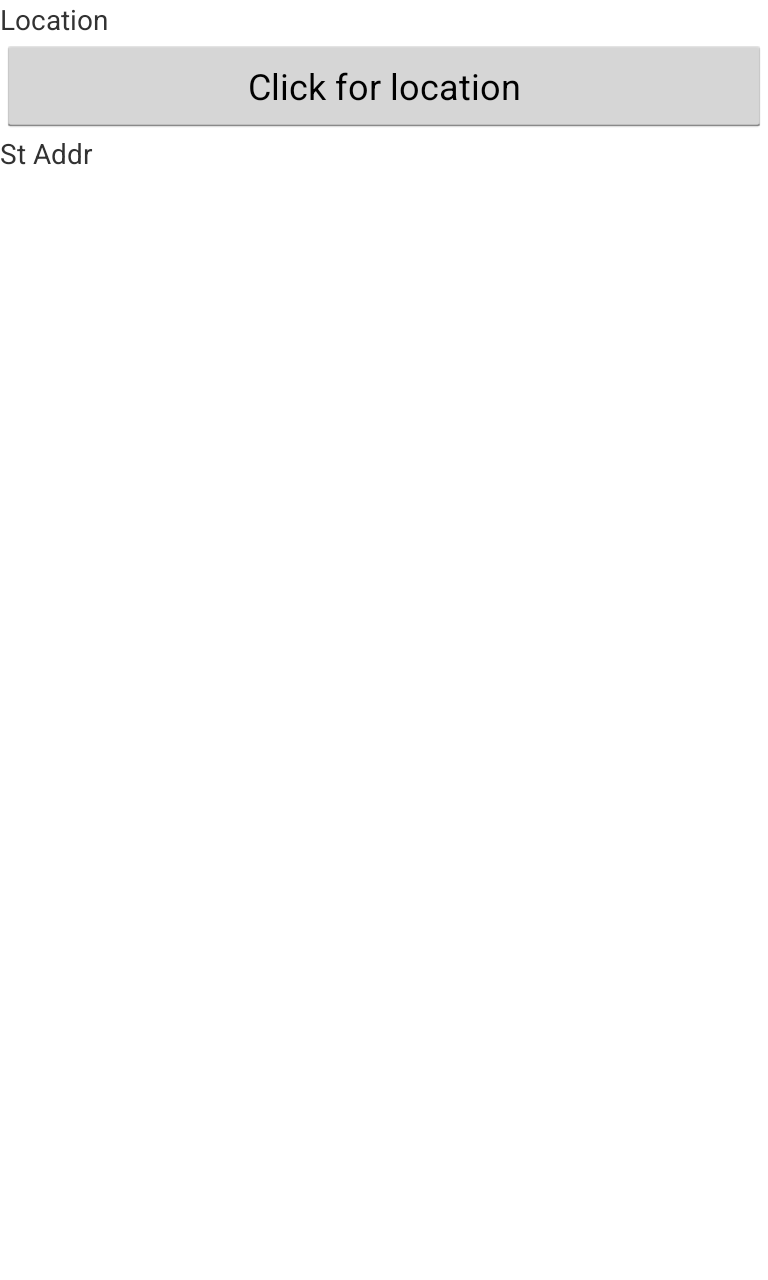
Repository: mohitmalkani/workspace
Layout: UserLocation/res/layout/activity_main.xml
The author's editor kept a copy of each file at every save. The layout is drawn from the files as they stood at one save, then again after the next save.
It is drawn on a 768 x 1280 px phone screen (xhdpi) without system bars, with theme AppTheme; the app's code is not run.

Above is the layout before, as saved 2013-03-08 19:16:48.

### UserLocation/res/layout/activity_main.xml
<?xml version="1.0" encoding="utf-8"?>
<LinearLayout xmlns:android="http://schemas.android.com/apk/res/android"
    android:orientation="vertical"
    android:layout_width="fill_parent"
    android:layout_height="fill_parent"
    >
  <TextView
      android:layout_width="fill_parent"
      android:layout_height="wrap_content"
      android:text="@string/location"
      android:id="@+id/location_text"
    />
  <Button
    android:layout_width="fill_parent"
    android:layout_height="wrap_content"
    android:id="@+id/get_address_button"
    android:text="@string/locBtn"
    />
  <TextView
      android:layout_width="fill_parent"
      android:layout_height="wrap_content"
      android:text="@string/address"
      android:id="@+id/address_text" />


</LinearLayout>

### UserLocation/res/values/strings.xml
<resources>

    <string name="app_name">User Location</string>
    <string name="hello_world">Hello world!</string>
    <string name="menu_settings">Settings</string>
    <string name="title_activity_main">MainActivity</string>
    <string name="locBtn">Click for location</string>
    <string name="location">Location</string>
    <string name="address">St Addr</string>

</resources>

Loaded but not shown: UserLocation/res/values-v11/styles.xml (common file); UserLocation/res/values-v14/styles.xml (common file); UserLocation/res/values/styles.xml (common file)

After the next save:
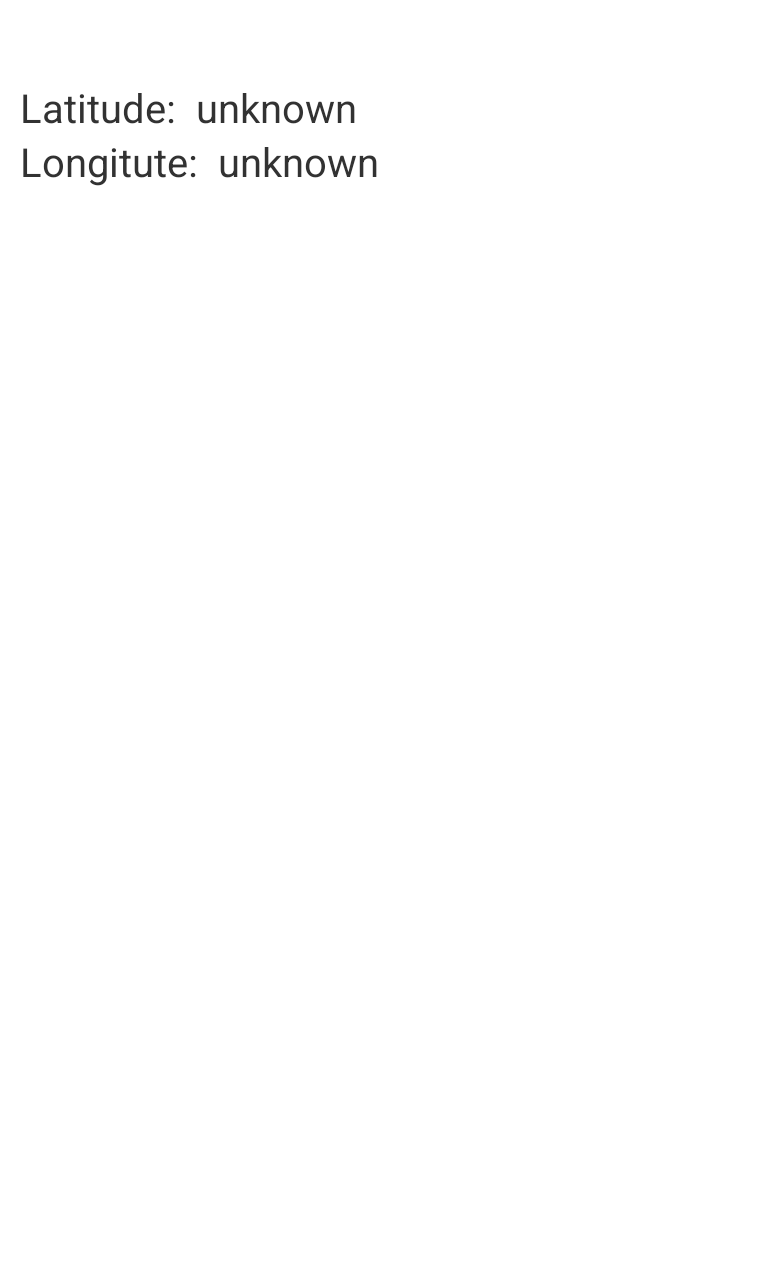
Saved 74 s later.
--- a/UserLocation/res/layout/activity_main.xml
+++ b/UserLocation/res/layout/activity_main.xml
@@ -1,26 +1,57 @@
 <?xml version="1.0" encoding="utf-8"?>
 <LinearLayout xmlns:android="http://schemas.android.com/apk/res/android"
-    android:orientation="vertical"
-    android:layout_width="fill_parent"
-    android:layout_height="fill_parent"
-    >
-  <TextView
-      android:layout_width="fill_parent"
-      android:layout_height="wrap_content"
-      android:text="@string/location"
-      android:id="@+id/location_text"
-    />
-  <Button
-    android:layout_width="fill_parent"
-    android:layout_height="wrap_content"
-    android:id="@+id/get_address_button"
-    android:text="@string/locBtn"
-    />
-  <TextView
-      android:layout_width="fill_parent"
-      android:layout_height="wrap_content"
-      android:text="@string/address"
-      android:id="@+id/address_text" />
+    android:layout_width="match_parent"
+    android:layout_height="match_parent"
+    android:orientation="vertical" >
 
+    <LinearLayout
+        android:id="@+id/linearLayout1"
+        android:layout_width="match_parent"
+        android:layout_height="wrap_content"
+        android:layout_marginTop="40dip"
+        android:orientation="horizontal" >
+
+        <TextView
+            android:id="@+id/TextView01"
+            android:layout_width="wrap_content"
+            android:layout_height="wrap_content"
+            android:layout_marginLeft="10dip"
+            android:layout_marginRight="5dip"
+            android:text="Latitude: "
+            android:textSize="20dip" >
+        </TextView>
+
+        <TextView
+            android:id="@+id/TextView02"
+            android:layout_width="wrap_content"
+            android:layout_height="wrap_content"
+            android:text="unknown"
+            android:textSize="20dip" >
+        </TextView>
+    </LinearLayout>
+
+    <LinearLayout
+        android:id="@+id/linearLayout2"
+        android:layout_width="match_parent"
+        android:layout_height="wrap_content" >
+
+        <TextView
+            android:id="@+id/TextView03"
+            android:layout_width="wrap_content"
+            android:layout_height="wrap_content"
+            android:layout_marginLeft="10dip"
+            android:layout_marginRight="5dip"
+            android:text="Longitute: "
+            android:textSize="20dip" >
+        </TextView>
+
+        <TextView
+            android:id="@+id/TextView04"
+            android:layout_width="wrap_content"
+            android:layout_height="wrap_content"
+            android:text="unknown"
+            android:textSize="20dip" >
+        </TextView>
+    </LinearLayout>
 
 </LinearLayout>
